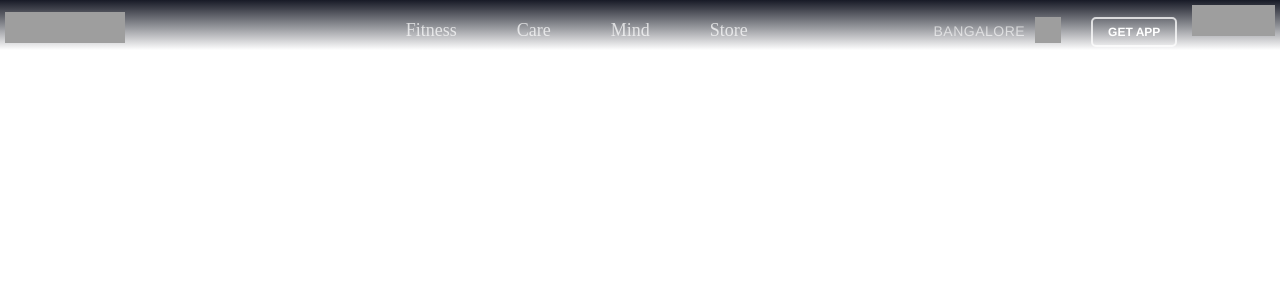
Repository: 1sanjeetsharma/cult-fit-clone
Page: /
These files come from the project's save history. The page is drawn as it stood at one moment and after the next save; the edit follows.
The browser window is 1280 px wide. The pictures show the whole page.
Pictures or frames that could not be fetched are drawn as grey boxes. Some web fonts or font styles are not loaded; a fallback is used. The project was rebuilt for these pictures with package versions that can differ from the ones it lists, and the page was loaded fresh each time. Also part of the build but not shown: vite.config.js, src/components/body/footer/Footer.jsx.

Above is the page before, as saved 2023-07-31 16:36:51.

### src/App.jsx
import LandingPage from "./components/landingPage/LandingPage";
function App() {
	return (
		<>
			{/* <h1>Hello from app</h1> */}
			<LandingPage />
		</>
	);
}

export default App;

### src/components/landingPage/LandingPage.jsx
import Body from "../body/body";
// import Header from "../body/header/Header";
const LandingPage = () => {
	return (
		<>
			<Body></Body>
		</>
	);
};
export default LandingPage;

### src/components/body/body.jsx
import Header from "./header/Header";
import Footer from "./footer/Footer";
import "./body.css";
const Body = () => {
	console.log("hello from body");
	return (
		<>
			<Header />

			{/* <Footer /> */}
		</>
	);
};
export default Body;

### src/components/body/header/Header.jsx
import Navbar from "../Navbar/Navbar";
const Header = () => {
	return (
		<>
			<Navbar />
		</>
	);
};
export default Header;

### src/components/body/body.css
/*
//not working these font  */
@font-face {
	font-family: inter-bold;
	src: url("https://fonts.googleapis.com/css2?family=Inter:wght@700&display=swap");
}
@font-face {
	font-family: helvetica-neue;
	src: url("https://fonts.cdnfonts.com/css/helvetica-neue-5");
}
body {
	font-family: inter-bold, helvetica-neue;
}

### src/components/body/Navbar/Navbar.jsx
import "./navbar.css";
const Navbar = () => {
	return (
		<>
			<div className="Nav-container">
				<nav>
					<a href="javascript:viod(0)">
						<img
							className="logo"
							height={"31px"}
							width={"120px"}
							src="https://cdn-images.cure.fit/www-curefit-com/image/upload/c_fill,w_120,q_auto:eco,dpr_2,f_auto,fl_progressive//image/test/brand-logo/vman-and-white-cult-text.png"
							alt="logo"
						/>
					</a>
					<div className="tabs">
						<a href="javascript:void(0)">Fitness</a>
						<a href="javascript:void(0)">Care</a>
						<a href="javascript:void(0)">Mind</a>
						<a href="javascript:void(0)">Store</a>
					</div>
					<div className="btns">
						<div className="location">
							<div className="loc-text">BANGALORE</div>
							<div className="loc-img" width="26px" height="26px">
								<img
									src="https://cdn-images.cure.fit/www-curefit-com/image/upload/c_fill,w_26,q_auto:eco,dpr_2,f_auto,fl_progressive/image/test/header/location.png"
									width={"26px"}
									height={"26px"}
									loading="lazy"
									alt="location"
								/>
							</div>
						</div>
						<div className="get-app">
							<button>GET APP</button>
						</div>

						<button className="avatar">
							<img
								className="btn-img"
								src="https://cdn-images.cure.fit/www-curefit-com/image/upload/c_fill,w_26,q_auto:eco,dpr_2,f_auto,fl_progressive/image/test/header/Profile.png"
								alt="profile picture"
							/>
						</button>
						<button className="cart">
							<img
								className="btn-img"
								src="https://cdn-images.cure.fit/www-curefit-com/image/upload/c_fill,q_auto:eco,dpr_2,f_auto,fl_progressive//image/test/cart-dark-theme.svg"
								alt="cart"
							/>
						</button>
					</div>
				</nav>
			</div>
		</>
	);
};
export default Navbar;

### src/components/body/Navbar/navbar.css
* {
	margin: 0px;
	padding: 0px;
	box-sizing: border-box;
	line-height: 1.42;
}
a {
	text-decoration: none;
	cursor: pointer;
}
.Nav-container {
	position: fixed;
	/* display: flexbox; */
	top: 0px;
	/* height: 60px; */
	width: 100%;

	/* align-content: center; */
	/* text-align: center; */
	/* background-color: #00000077; */
	box-sizing: border-box;
	/* z-index: 2; */
}

.logo,
.btn-img {
	height: 31px;
}
nav {
	display: flex;
	height: 50px;
	padding: 5px;
	flex-flow: row wrap;
	align-items: center;
	justify-content: space-between;
	background-image: linear-gradient(
		to bottom,
		#171a26,
		rgba(23, 26, 38, 0.0001)
	);
}
.tabs {
	/* color: #fff; */
	display: flex;
	flex-direction: row;
	justify-content: spae-between;
	margin-left: 110px;
}
.tabs > a {
	height: 100%;
	color: #fff;
	transition: all 150ms ease;
	opacity: 70%;
	padding: 0 30px;
	line-height: 22px;
	font-size: 18px;
}
.bnts {
	display: flex;
	align-items: center;
	/* flex-direction: row; */
}
.location {
	display: inline-flex;
	flex-direction: row;
	background: transparent;
	/* outline: none; */
	/* box-shadow: none; */
	line-height: 22px;
	font-size: 14px;
	text-align: center;
	margin: auto;
	padding: 7px 15px;
	border-radius: 5px;
	transition: all 100ms ease;
	color: rgb(255 255 255/ 60%);
}
.location:hover {
	background: rgb(255 255 255 / 10%);
}
.location > .loc-text {
	text-align: center;
	cursor: pointer;
	margin: 0;
	margin-top: 0px;
	margin-right: 0px;
	color: rgb(255 255 255 / 60%);
	font-size: 14px;
	font-family: Inter-Regular, Helvetica Neue, Helvetica, Roboto, Arial,
		sans-serif;
	letter-spacing: 0.5px;
	line-height: 22px;
	margin-right: 10px;
	margin-top: 3px;
	max-width: 95px;
	overflow: hidden;
	text-overflow: ellipsis;
	white-space: nowrap;
}
.location > .loc-img {
	width: 26px;
	min-height: fit-content;
	overflow: hidden;
	position: relative;
}
.location > img {
	vertical-align: middle;
	position: relative;
	opacity: 1;
	transition: opacity 150ms ease 0s;
	top: 0px;
	left: 0px;
	width: 100%;
}
button {
	all: unset;
	cursor: pointer;
	/* text-align: center; */
	margin: auto;
}
button:focus {
	outline: revert;
}
.get-app {
	display: inline-block;
}
.get-app > button {
	margin-inline: 15px;
	font-family: Inter-Medium, Helvetica Neue, Helvetica, Roboto, Arial,
		sans-serif;
	transition: all 250ms ease;
	color: white;
	border: 2px solid rgba(255, 255, 255, 0.75);
	font-size: 12px;
	line-height: 12px;
	padding: 7px 15px;
	border-radius: 5px;
	font-weight: 700;
}
.cart {
	/* border */
}

Loaded but not shown: index.html (common file); src/main.jsx (common file)

After the next save:
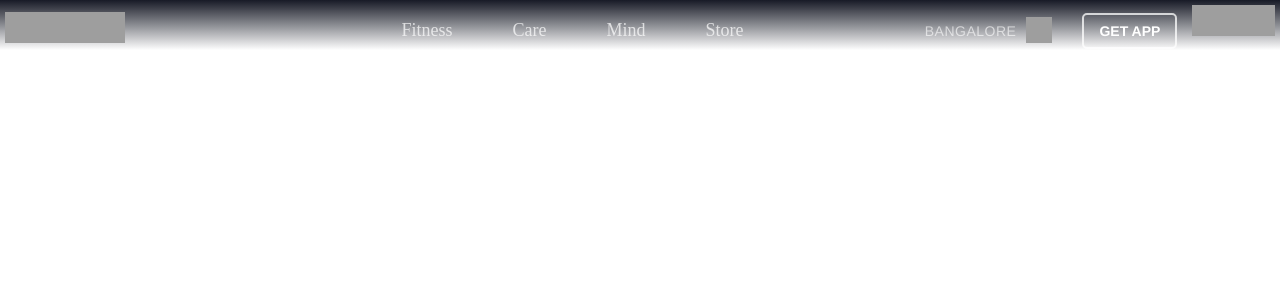
Saved 20 s later.
--- a/src/components/body/Navbar/navbar.css
+++ b/src/components/body/Navbar/navbar.css
@@ -131,8 +131,8 @@ button:focus {
 	transition: all 250ms ease;
 	color: white;
 	border: 2px solid rgba(255, 255, 255, 0.75);
-	font-size: 12px;
-	line-height: 12px;
+	font-size: 14px;
+	line-height: 18px;
 	padding: 7px 15px;
 	border-radius: 5px;
 	font-weight: 700;
